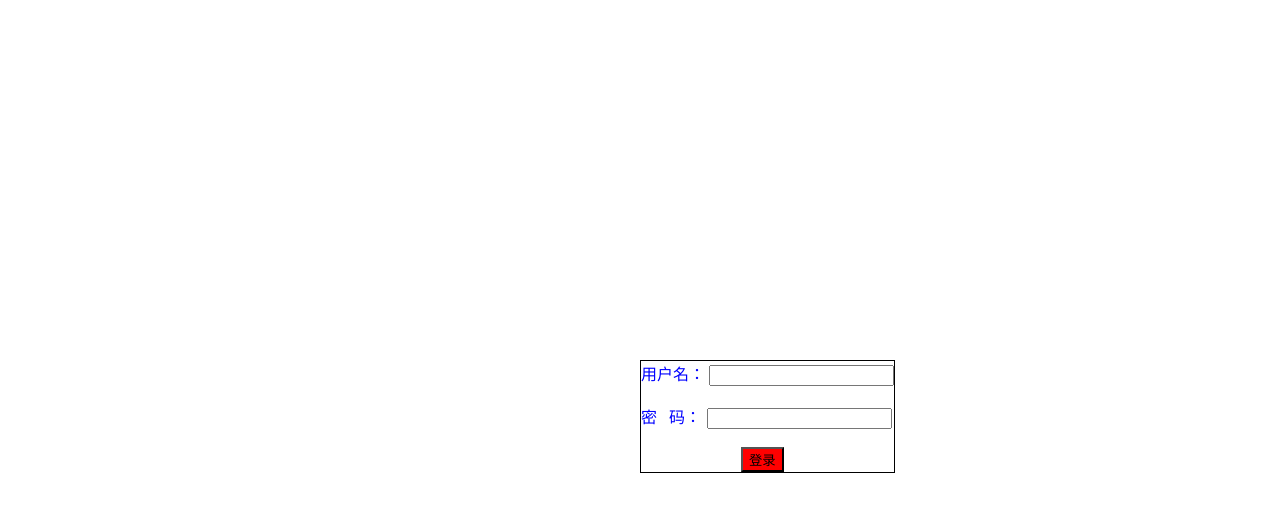
Repository: guirui-li/StudyJavaWeb
Page: http://localhost/JavawebTest/experiment02/login.jsp
These files come from the project's save history. The page is drawn as it stood at one moment and after the next save; the edit follows.
The browser window is 1280 px wide. The pictures show the whole page.
The page is served by Tomcat 9.

Above is the page before, as saved 2019-05-03 05:59:34.

After the next save:
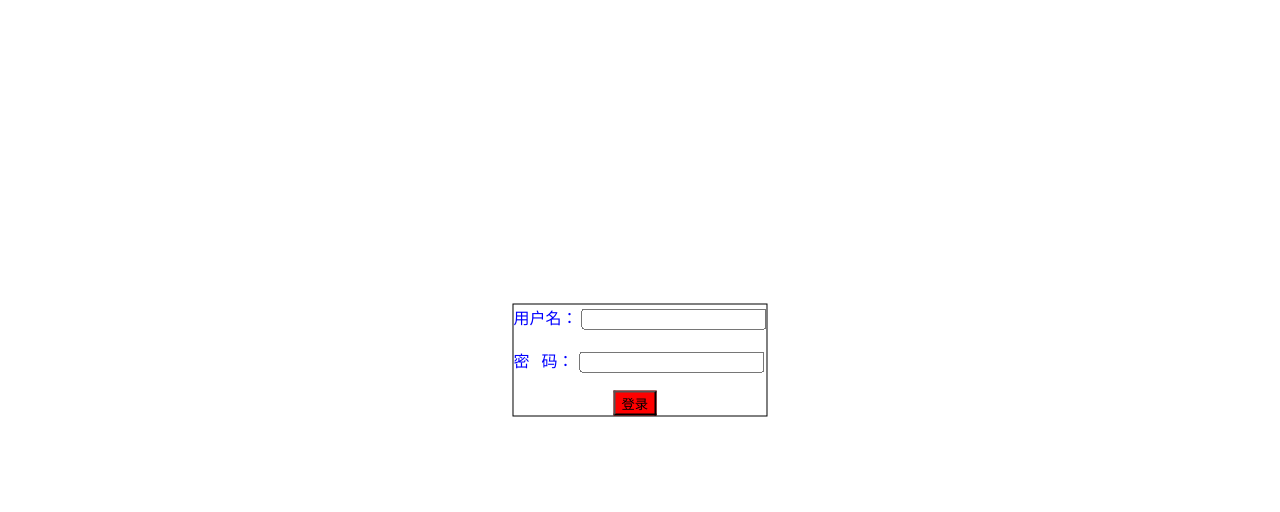
Saved 9 s later.
--- a/JavawebTest/WebContent/experiment02/login.jsp
+++ b/JavawebTest/WebContent/experiment02/login.jsp
@@ -16,6 +16,7 @@
 			position:absolute;
 			top:50%;
 			left:50%;
+			transform:translate(-50%,-50%);
 		}
 		#psw{
 			margin-left: 2px;
